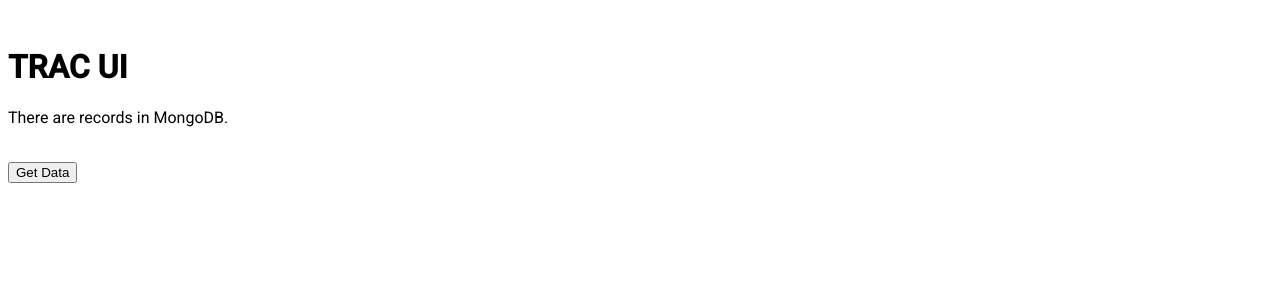
Repository: ydennisy/trac
Page: public/index.html
The author's editor kept a record of every edit. The page is drawn from the files as they stood at one moment, then again after the next edit.
The browser window is 1280 px wide. The pictures show the whole page.
The page's requests for data from a server got no answer.

Above is the page before.
Console error: TypeError: Cannot read properties of null (reading 'addEventListener')

### public/index.html
<!DOCTYPE html>
<html>
   <head>
      <title>TRAC UI</title>
      <link href="http://fonts.googleapis.com/css?family=Roboto:400,500" rel="stylesheet" type="text/css">
      <link href="/public/css/main.css" rel="stylesheet" type="text/css">
   </head>


   <body>
      <div class="container">
         <img src="" />
         <br />
         <h1>TRAC UI</h1>
      </div>
      <div class="container">
         <p>There are <span id="count-nbr"></span> records in MongoDB.</p>
         <br />
         <button type="submit" id="getCount">Get Data</button>
      </div>
      <script type="text/javascript" src="app/controllers/ui.client.js"></script>
   </body>
</html>

### public/css/main.css
/****** Main Styling ******/

body {
    font-family: 'Roboto', sans-serif;
    font-size: 16px;
}

### app/controllers/ui.client.js
"use strict";

(function (){
    var countApiUrl = "api/count";
    var oneResultUrl = 'api/result';
    var countSpan = document.getElementById("count-nbr");
    var getCountButton = document.getElementById("getCount");
    var dataSpan = document.getElementById('data-span');
    var oneResultButton = document.getElementById('get-one-result');

    function ready (fn) {
        if (typeof fn !== "function"){
            return;
        }
        if (document.readyState === "complete"){
            return fn();
        }
        document.addEventListener("DOMContentLoaded", fn, false);
    }

    function ajaxRequest (method, url, callback){
        var xmlhttp = new XMLHttpRequest();
        xmlhttp.onreadystatechange = function(){
            if (xmlhttp.readyState === 4 && xmlhttp.status === 200){
                callback(xmlhttp.response);
            }
        };
        xmlhttp.open(method, url, true);
        xmlhttp.send();
    }

    function updateCount (data){
        var impsCount = JSON.parse(data);
        countSpan.innerHTML = impsCount;
    }

    function getOneResult (data){
        var oneResult = JSON.stringify(data, null, '\t');
        dataSpan.innerHTML = ' ';
        dataSpan.innerHTML = oneResult;
    }

    ready(ajaxRequest("GET", countApiUrl, updateCount));

    getCountButton.addEventListener("click", function(){
        ajaxRequest("GET", countApiUrl, updateCount);
    });

    oneResultButton.addEventListener('click', function(){
        ajaxRequest('GET', oneResultUrl, getOneResult);
    });

})();

After the next edit:
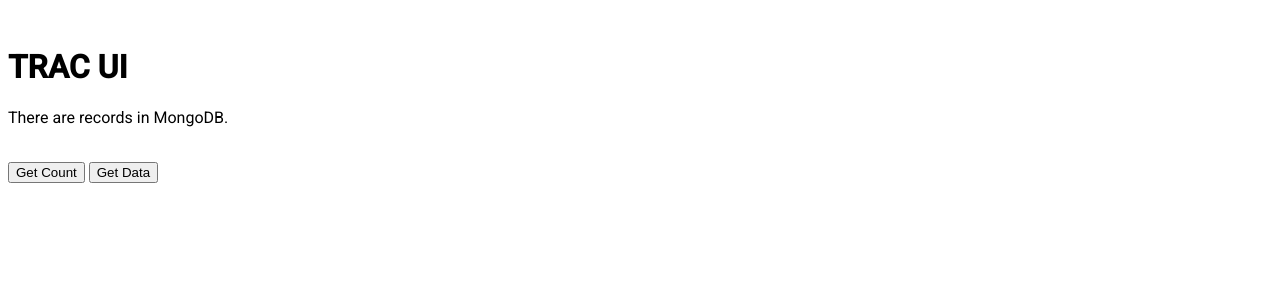
The error is gone.
The edit:
--- a/public/index.html
+++ b/public/index.html
@@ -16,7 +16,10 @@
       <div class="container">
          <p>There are <span id="count-nbr"></span> records in MongoDB.</p>
          <br />
-         <button type="submit" id="getCount">Get Data</button>
+         <button type="submit" id="getCount">Get Count</button>
+         <button type="submit" id="get-one-result">Get Data</button>
+
+         <span id='data-span'></span>
       </div>
       <script type="text/javascript" src="app/controllers/ui.client.js"></script>
    </body>
